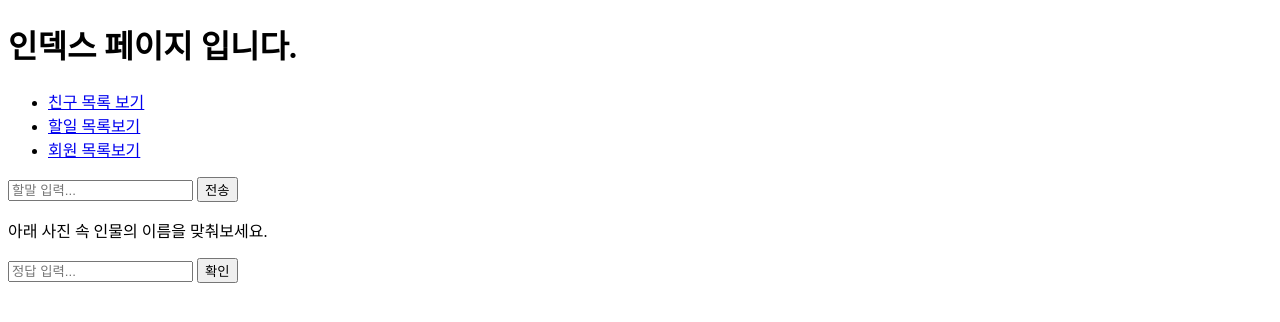
Repository: smj1219/servlet_study
Page: Step01_Servlet/src/main/webapp/index.html
The author's editor kept a copy of each file at every save. The page is drawn from the files as they stood at one save, then again after the next save.
The browser window is 1280 px wide. The pictures show the whole page.

Above is the page before, as saved 2024-06-04 08:52:20.

### Step01_Servlet/src/main/webapp/index.html
<!DOCTYPE html>
<html>
<head>
<meta charset="UTF-8">
<title>index.html</title>
</head>
<body>
	<div class="container">
		<h1>인덱스 페이지 입니다.</h1>
		<ul>
			<li><a href="friend/list">친구 목록 보기</a></li>
			<li><a href="todo/list">할일 목록보기</a></li>
			<li><a href="member/list">회원 목록보기</a></li>
		</ul>
		<form action="send" method="get">
			<input type="text" name="msg" placeholder="할말 입력..." />
			<button type="submit">전송</button>
		</form>

		<form action="send2" method="get">
			<p>아래 사진 속 인물의 이름을 맞춰보세요.</p>
			<input type="text" name="msg" placeholder="정답 입력..." />
			<button type="submit">확인</button>
		</form>
	</div>
</body>
</html>

After the next save:
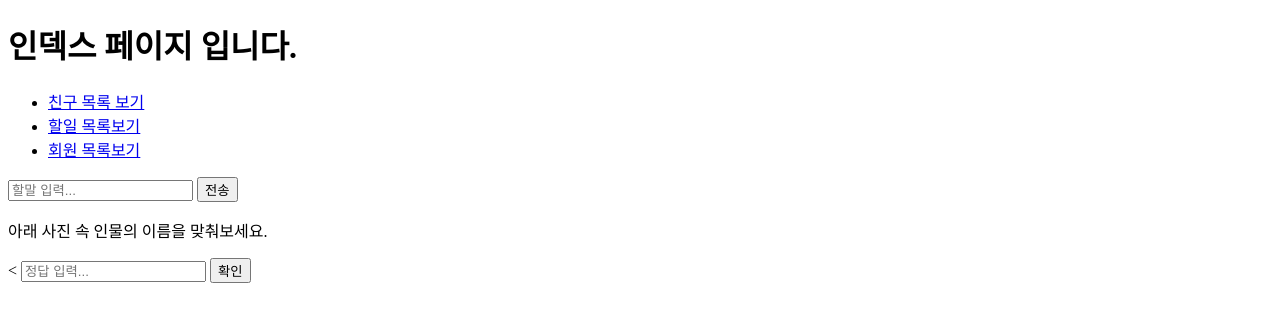
Saved 91 s later.
--- a/Step01_Servlet/src/main/webapp/index.html
+++ b/Step01_Servlet/src/main/webapp/index.html
@@ -19,6 +19,7 @@
 
 		<form action="send2" method="get">
 			<p>아래 사진 속 인물의 이름을 맞춰보세요.</p>
+			<<img src="" alt="" />
 			<input type="text" name="msg" placeholder="정답 입력..." />
 			<button type="submit">확인</button>
 		</form>
